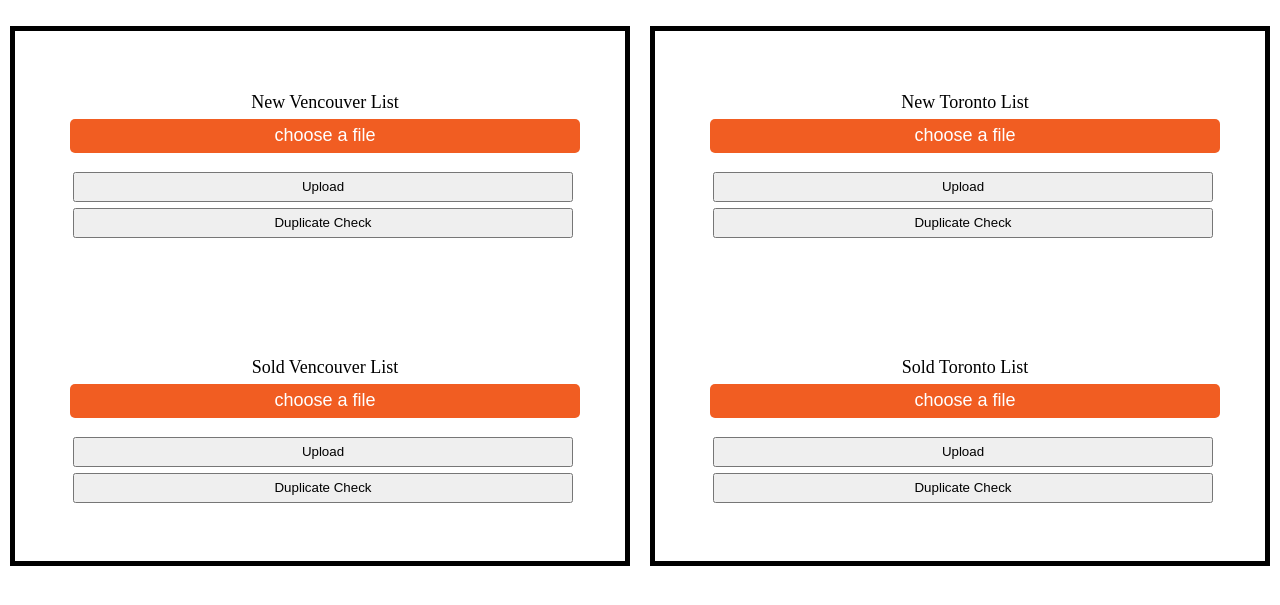
Repository: ah-sabbir/TIAM
Page: src/index.html
These files come from the project's save history. The page is drawn as it stood at one moment and after the next save; the edit follows.
The browser window is 1280 px wide. The pictures show the whole page.

Above is the page before, as saved 2022-05-16 17:29:44.
Console error: TypeError: Cannot read properties of null (reading 'addEventListener')

After the next save:
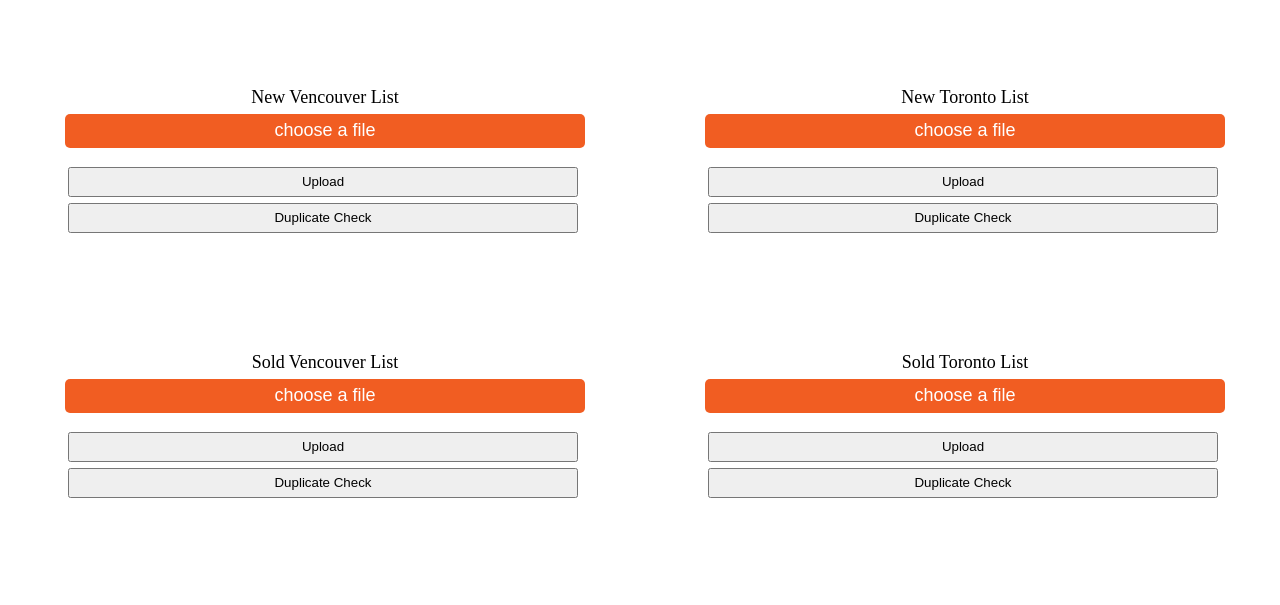
Saved 41 s later.
--- a/src/index.css
+++ b/src/index.css
@@ -13,7 +13,7 @@
     display: flex;
     flex-direction: column;
     margin: 10px;
-    border: solid 5px black;
+    /* border: solid 5px black; */
     width: 100%;
     /* min-height: 600px; */
     /* max-height: 1024px; */
